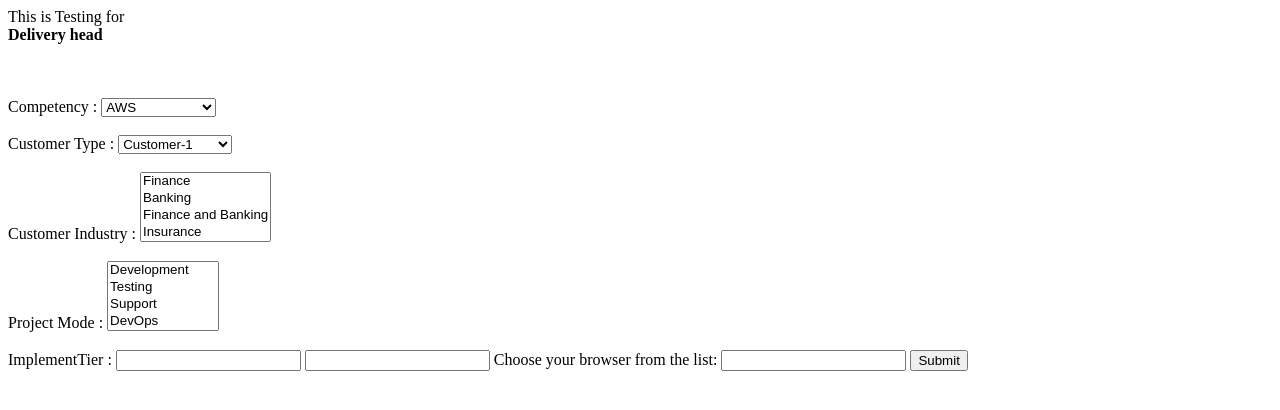
Repository: Perwaiz21/STS
Page: http://localhost/AWS_Web/
An editor plug-in stored every save of this project. The page is shown before and after the next save, followed by the edit.
The browser window is 1280 px wide. The pictures show the whole page.
The page is served by Tomcat 9.

Above is the page before, as saved 2021-02-18 09:55:05.

### AWS_Web/WebContent/index.jsp
<%@ page language="java" contentType="text/html; charset=ISO-8859-1"
	pageEncoding="ISO-8859-1"%>
<!DOCTYPE html>
<html>
<head>
<meta charset="ISO-8859-1">
<title>Insert title here</title>
</head>
<body>
	<form action="/action_page.php" method="get">
		This is Testing for <br> <b>Delivery head</b> <br> <br>
		<br> <br> <label for="Competency"> Competency :</label> <select
			name="cars" id="Competency">
			<option value="AWS">AWS</option>
			<option value="Azure">Azure</option>
			<option value="GCP">GCP</option>
			<option value="Java Full Stack">Java Full Stack</option>
			<option value="Front end">Front end</option>
			<option value=".NET Full Stack">.NET Full Stack</option>

		</select> <br> <br> <label for="Customer Type">Customer Type
			:</label> <select name="Customer_Type" id="Customer_Type">
			<option value="ISV">Customer-1</option>
			<option value="Enterprise level">Enterprise level</option>

		</select> <br> <br> <label for="Customer Industry">Customer
			Industry :</label> <select name="Customer_Industry" id="Customer_Industry"
			multiple>
			<option value="Finance">Finance</option>
			<option value="Banking">Banking</option>
			<option value="Finance and Banking">Finance and Banking</option>
			<option value="Insurance">Insurance</option>
			<option value="Oil and Gas">Oil and Gas</option>
			<option value="Pharma">Pharma</option>
			<option value="Health Care">Health Care</option>
			<option value="Telecom">Telecom</option>
			<option value="Mortgage">Mortgage</option>
			<option value="Supply Chain">Supply Chain</option>
			<option value="Lease Management">Lease Management</option>
			<option value="Advisory">Advisory</option>
			<option value="Audit">Audit</option>
		</select> <br> <br> <label for="Project Mode">Project Mode :</label>
		<select name="Project-Mode" id="Project-Mode" multiple>
			<option value="Development">Development</option>
			<option value="Testing">Testing</option>
			<option value="Support">Support</option>
			<option value="DevOps">DevOps</option>
			<option value="Consulting">Consulting</option>
			<option value="Management">Management</option>
			<option value="DB Administration">DB Administration</option>
		</select> <br> <br> <label for="ImplementTier ">ImplementTier
			:</label><!--  <select name="ImplementTier" id="ImplementTier" multiple> -->
			<input
			list="ImplementTier" name="ImplementTier" id="ImplementTier">
			<datalist id="ImplementTier">
			<option value="ImplementTier-1 ">ImplementTier-1</option>
			<option value="ImplementTier-2">ImplementTier-2</option>
			<option value="ImplementTier-3">ImplementTier-3</option>
			<option value="ImplementTier-4">ImplementTier-4</option>
			<option value="ImplementTier-5">ImplementTier-5</option>
			<option value="ImplementTier-6">ImplementTier-6</option>
			<option value="ImplementTier-7">ImplementTier-7</option>
			</datalist>
			<input>
		</select> <label for="browser">Choose your browser from the list:</label> <input
			list="browsers" name="browser" id="browser">
		<datalist id="browsers">
			<option value="Edge">
			<option value="Firefox">
			<option value="Chrome">
			<option value="Opera">
			<option value="Safari">
		</datalist>
		<input type="submit">
	</form>


</body>
</html>

After the next save:
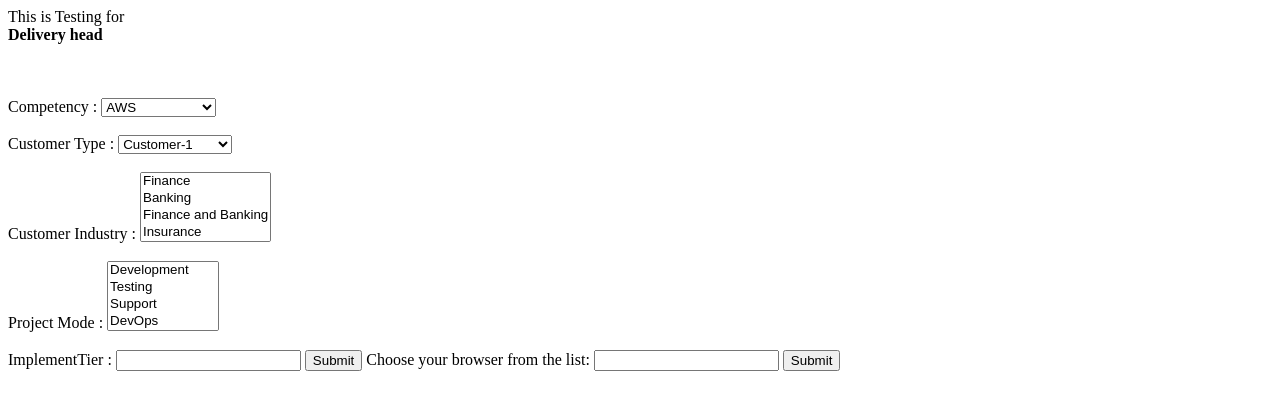
Saved 12 s later.
--- a/AWS_Web/WebContent/index.jsp
+++ b/AWS_Web/WebContent/index.jsp
@@ -61,7 +61,7 @@
 			<option value="ImplementTier-6">ImplementTier-6</option>
 			<option value="ImplementTier-7">ImplementTier-7</option>
 			</datalist>
-			<input>
+			<input type="submit">
 		</select> <label for="browser">Choose your browser from the list:</label> <input
 			list="browsers" name="browser" id="browser">
 		<datalist id="browsers">
